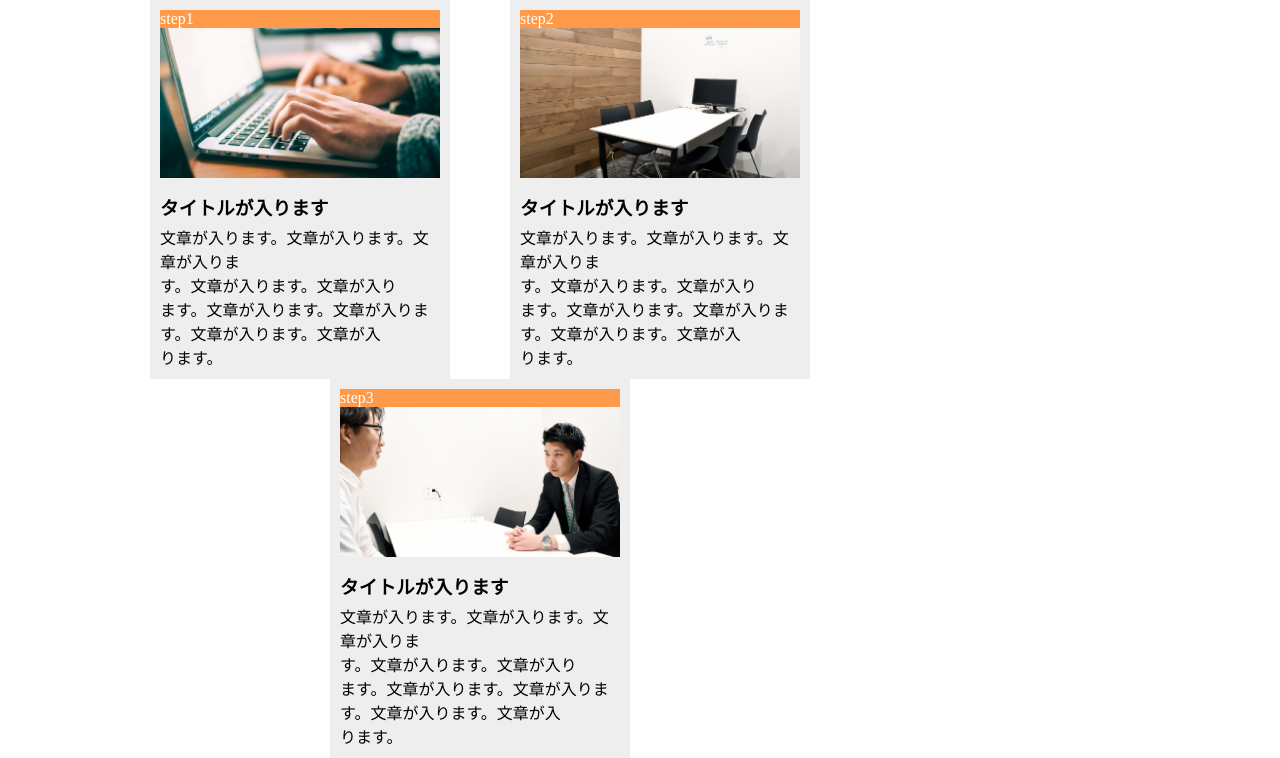
Repository: ryosei-110/HTML-CSS-
Page: 1-9exercise/1-9-2.html
The author's editor kept a record of every edit. The page is drawn from the files as they stood at one moment, then again after the next edit.
The browser window is 1280 px wide. The pictures show the whole page.

Above is the page before.

### 1-9exercise/1-9-2.html
<!DOCTYPE html>
<html lang="ja">
  <head>
    <meta charset="UTF-8" />
    <link rel="stylesheet" href="1-9-2.css" />
    <title>9章演習問題2</title>
  </head>

  <body>
    <header></header>

    <main>
      <div class="box">
        <div class="box-text">step1</div>
        <div class="image1"></div>
        <h3>タイトルが入ります</h3>
        <p>
          文章が入ります。文章が入ります。文章が入りま<br>
          す。文章が入ります。文章が入り<br>
          ます。文章が入ります。文章が入ります。文章が入ります。文章が入<br>
          ります。
        </p>
      </div>
      <div class="box">
        <div class="box-text">step2</div>
        <div class="image2"></div>
        <h3>タイトルが入ります</h3>
        <p>
          文章が入ります。文章が入ります。文章が入りま<br>
          す。文章が入ります。文章が入り<br>
          ます。文章が入ります。文章が入ります。文章が入ります。文章が入<br>
          ります。
        </p>
      </div>
      <div class="box">
        <div class="box-text">step3</div>
        <div class="image3"></div>
        <h3>タイトルが入ります</h3>
        <p>
          文章が入ります。文章が入ります。文章が入りま<br>
          す。文章が入ります。文章が入り<br>
          ます。文章が入ります。文章が入ります。文章が入ります。文章が入<br>
          ります。
        </p>
      </div>
    </main>

    <footer></footer>
  </body>
  </html>

### 1-9exercise/1-9-2.css
* {
  margin: 0;
  padding: 0;
  box-sizing: border-box;
}

.orange {
  background-color: #ff9a4b;
  width: 100%;
  height: 50px;
  margin-bottom: 50px;
}

.gray {
  background-color: #aaaaaa;
  width: 100%;
  height: 50px;
  margin-top: 50px;
}

main {
  width: 960px;
  height: auto;
  display: flex;
  flex-wrap:wrap;
  justify-content: center;
}

.box {
  width: 300px;
  margin: 0px 30px;
  padding: 10px;
  background-color: #eeeeee;
}

.image1 {
  background-image: url(img/flow01.png);
  margin-bottom: 15px;
  width: 280px;
  height: 150px;
  background-size: cover;
  background-position: bottom center;
}

.image2 {
  background-image: url(img/flow02.png);
  margin-bottom: 15px;
  width: 280px;
  height: 150px;
  background-size: cover;
  background-position: bottom center;
}

.image3{
  background-image: url(img/flow03.png);
  margin-bottom: 15px;
  width: 280px;
  height: 150px;
  background-size: cover;
  background-position: bottom center;
}

.box-text {
  background-color: #ff9a4b;
  color: white;
  margin: none;

}

p {
  margin-top: 5px;
}

After the next edit:
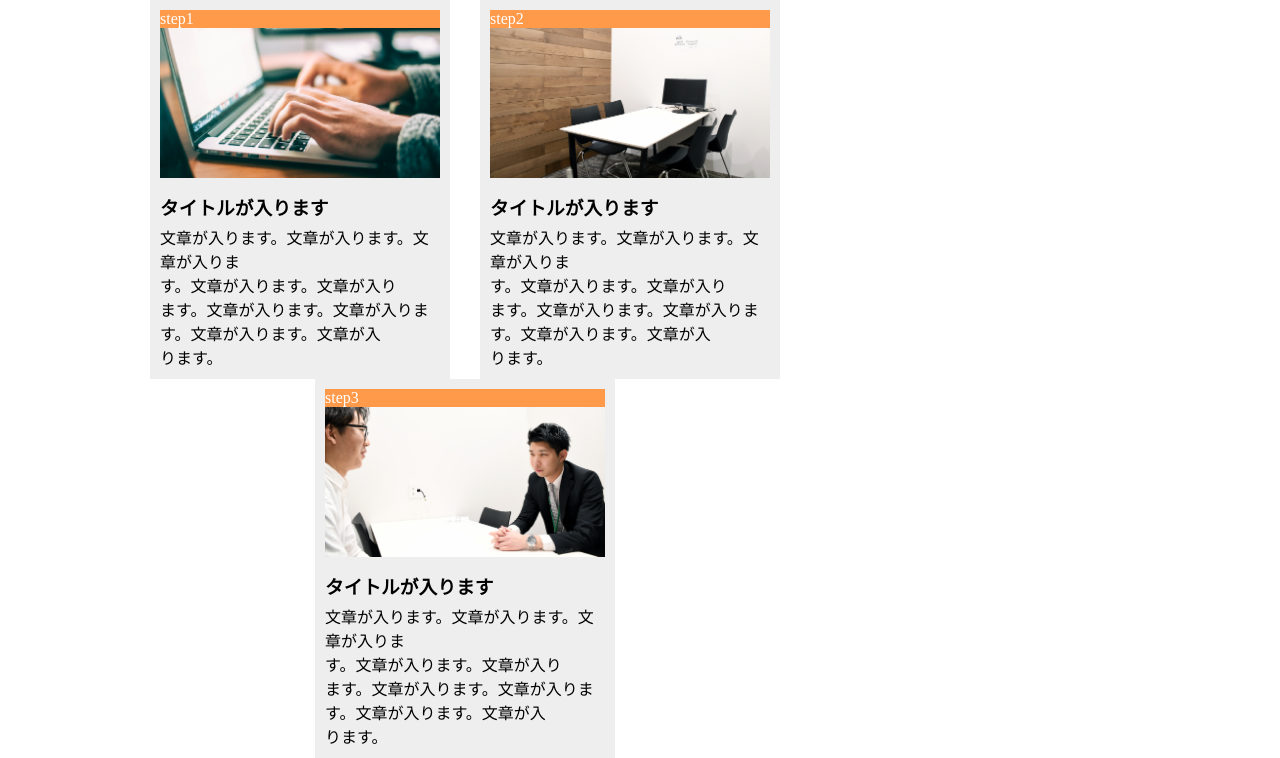
The edit:
--- a/1-9exercise/1-9-2.css
+++ b/1-9exercise/1-9-2.css
@@ -28,7 +28,7 @@
 
 .box {
   width: 300px;
-  margin: 0px 30px;
+  margin-right: 30px;
   padding: 10px;
   background-color: #eeeeee;
 }
